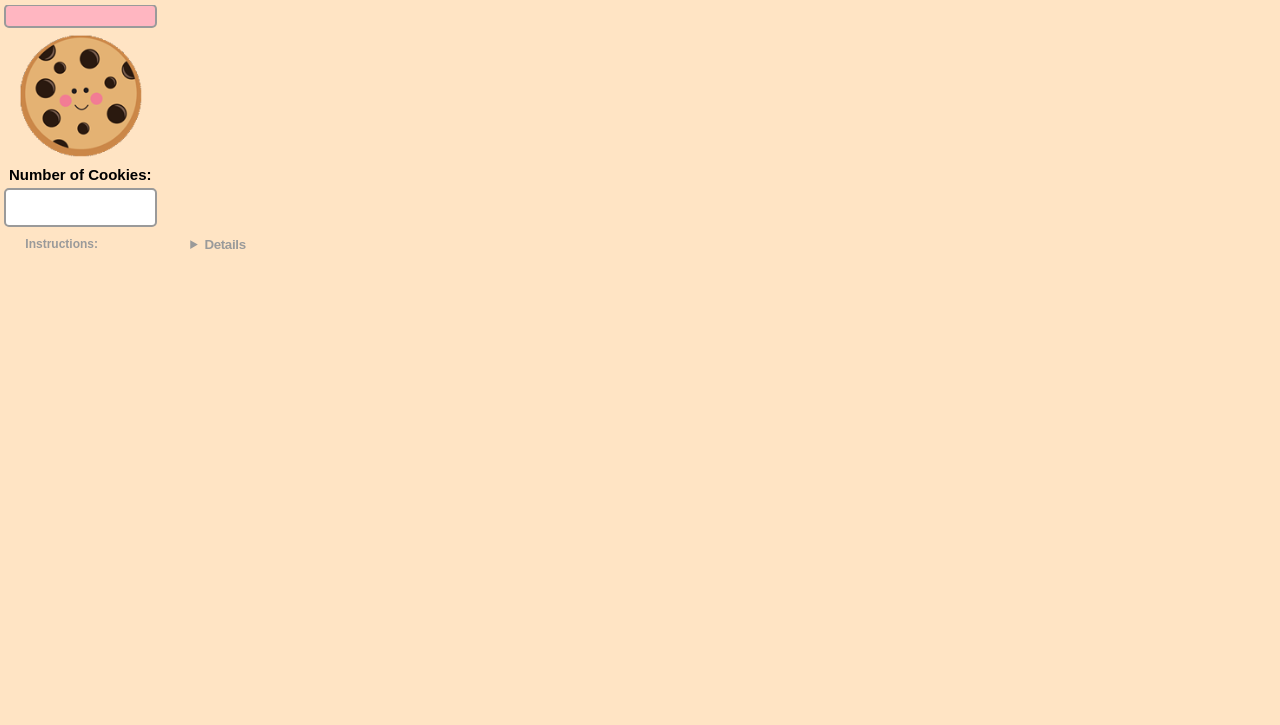
Repository: f00d4tehg0dz/elgato-streamdeck-cookie-clicker
Page: com.f00d4tehg0dz.cookieclicker.sdPlugin/cookieclicker.html
An editor plug-in stored every save of this project. The page is shown before and after the next save, followed by the edit.
The browser window is 1280 px wide. The pictures show the whole page.

Above is the page before, as saved 2022-01-28 12:19:01.

After the next save:
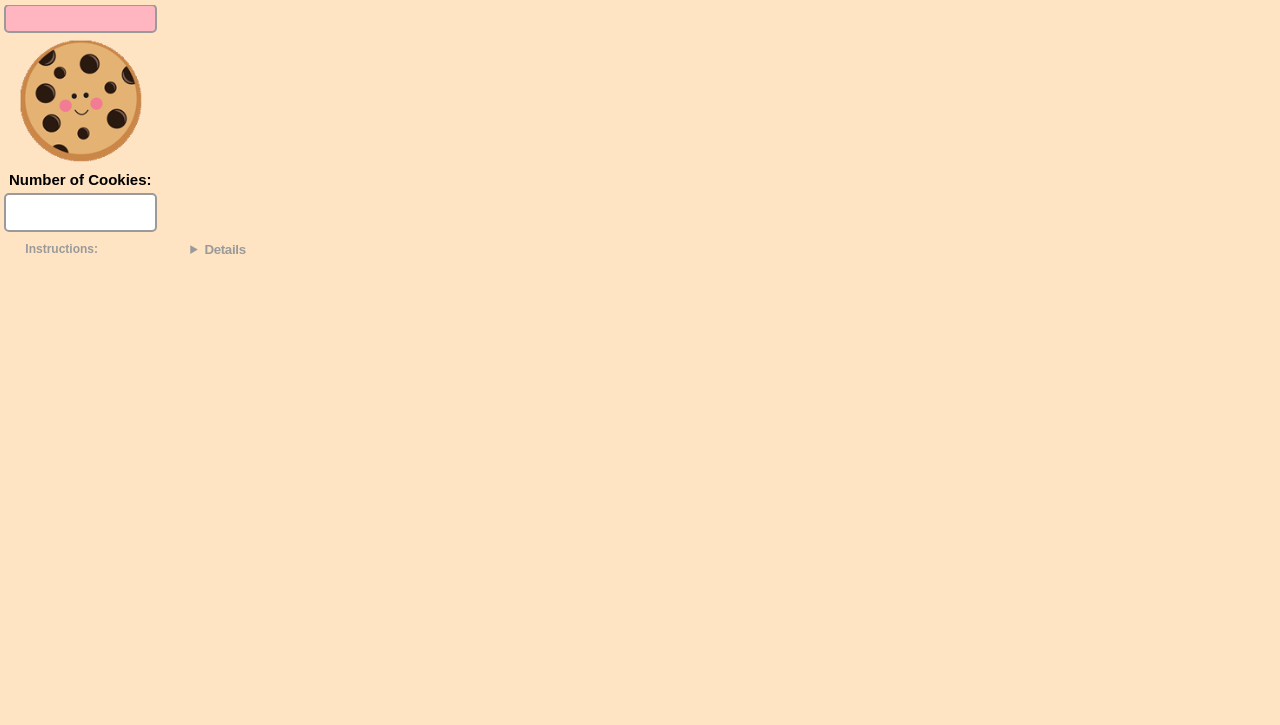
Saved 27 s later.
--- a/com.f00d4tehg0dz.cookieclicker.sdPlugin/css/styles.css
+++ b/com.f00d4tehg0dz.cookieclicker.sdPlugin/css/styles.css
@@ -42,5 +42,5 @@ h2 {
   border:2px solid;
   border-radius:5px;
   background-color:lightpink;
-  height:15px;
+  height:20px;
 }
